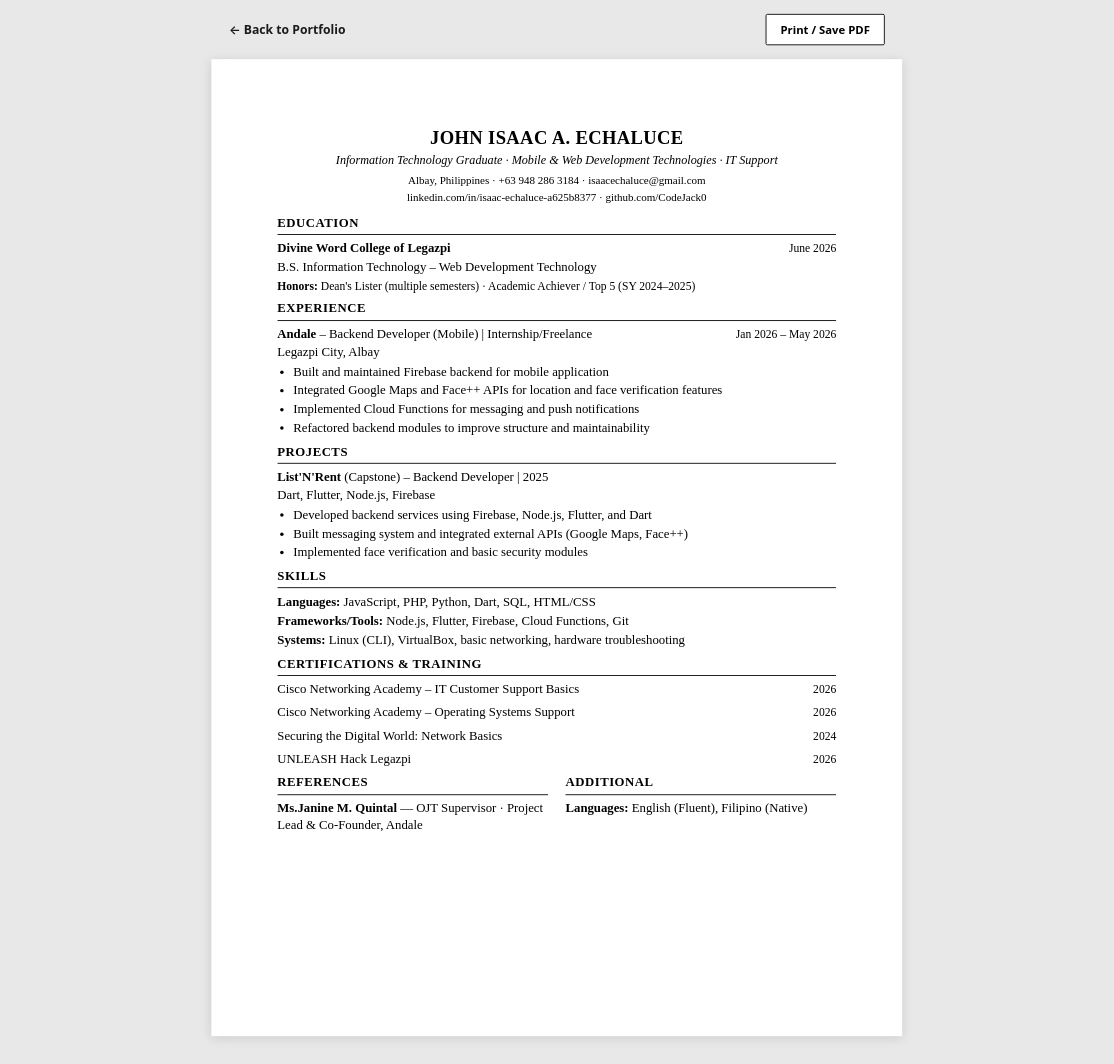
Repository: CodeJack0/Professional_Portfolio
Page: pages/resume.html
An editor plug-in stored every save of this project. The page is shown before and after the next save, followed by the edit.
The browser window is 1280 px wide. The pictures show the whole page, at 87% of full size.

Above is the page before, as saved 2026-05-29 20:50:35.

After the next save:
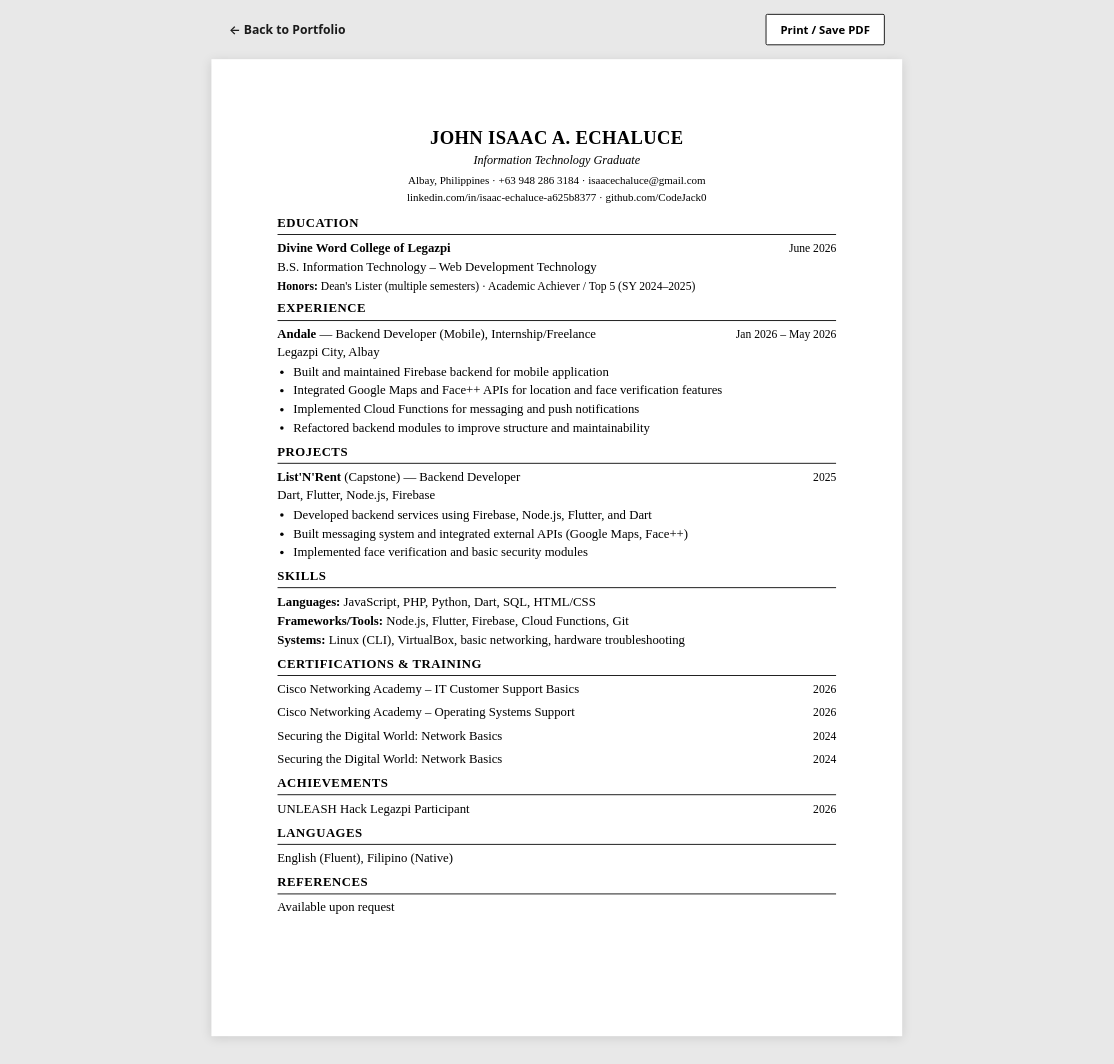
Saved 9 min 7 s later.
--- a/pages/resume.html
+++ b/pages/resume.html
@@ -16,7 +16,7 @@
   <article class="resume-document" aria-label="Resume">
     <header class="resume-header">
       <h1 class="resume-name">John Isaac A. Echaluce</h1>
-      <p class="resume-tagline">Information Technology Graduate · Mobile &amp; Web Development Technologies · IT Support</p>
+      <p class="resume-tagline">Information Technology Graduate</p>
       <p class="resume-contact-line">
         Albay, Philippines · <a href="tel:+639482863184">+63 948 286 3184</a> ·
         <a href="mailto:isaacechaluce@gmail.com">isaacechaluce@gmail.com</a>
@@ -50,7 +50,7 @@
 
         <div class="entry">
           <div class="entry-row">
-            <span class="entry-left"><strong>Andale</strong> – Backend Developer (Mobile) | Internship/Freelance</span>
+            <span class="entry-left"><strong>Andale</strong> — Backend Developer (Mobile), Internship/Freelance</span>
             <span class="entry-right">Jan 2026 – May 2026</span>
           </div>
           <div class="entry-row entry-row--sub">
@@ -70,8 +70,8 @@
 
         <div class="entry">
           <div class="entry-row">
-            <span class="entry-left"><strong>List'N'Rent</strong> (Capstone) – Backend Developer | 2025</span>
-            <span class="entry-right"></span>
+            <span class="entry-left"><strong>List'N'Rent</strong> (Capstone) — Backend Developer</span>
+            <span class="entry-right">2025</span>
           </div>
           <div class="entry-row entry-row--sub">
             <span class="entry-left">Dart, Flutter, Node.js, Firebase</span>
@@ -117,23 +117,30 @@
 
         <div class="entry entry--compact">
           <div class="entry-row">
-            <span class="entry-left">UNLEASH Hack Legazpi</span>
+            <span class="entry-left">Securing the Digital World: Network Basics</span>
+            <span class="entry-right">2024</span>
+          </div>
+        </div>
+      </section>
+
+      <section class="resume-section">
+        <h2 class="resume-section-title">Achievements</h2>
+        <div class="entry entry--compact">
+          <div class="entry-row">
+            <span class="entry-left">UNLEASH Hack Legazpi Participant</span>
             <span class="entry-right">2026</span>
           </div>
         </div>
       </section>
 
-      <section class="resume-section resume-section--combined">
-        <div class="resume-two-col">
-          <div>
-            <h2 class="resume-section-title">References</h2>
-            <p class="skills-line"><strong>Ms.Janine M. Quintal</strong> — OJT Supervisor · Project Lead &amp; Co-Founder, Andale</p>
-          </div>
-          <div>
-            <h2 class="resume-section-title">Additional</h2>
-            <p class="skills-line"><strong>Languages:</strong> English (Fluent), Filipino (Native)</p>
-          </div>
-        </div>
+      <section class="resume-section">
+        <h2 class="resume-section-title">Languages</h2>
+        <p class="skills-line">English (Fluent), Filipino (Native)</p>
+      </section>
+
+      <section class="resume-section">
+        <h2 class="resume-section-title">References</h2>
+        <p class="skills-line">Available upon request</p>
       </section>
     </main>
   </article>
